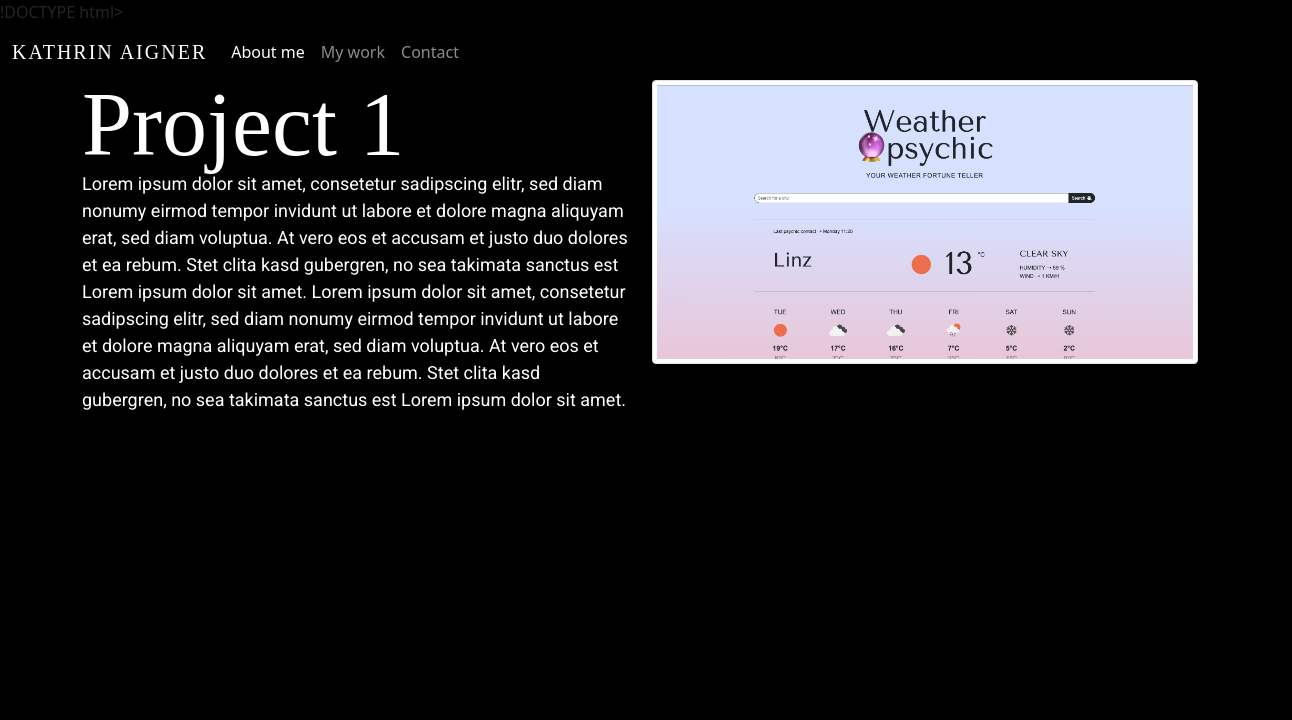
Repository: kathrin-aigner/Portfolio-2022
Page: work.html
These files come from the project's save history. The page is drawn as it stood at one moment and after the next save; the edit follows.
The browser window is 1280 px wide. The page is 1280 px wide, then 1292 px, so the pictures cover 1292 px, including what lies to the right of the window. The pictures show the whole page.
Some web fonts or font styles are not loaded; a fallback is used. Some web libraries are served in a nearby version.

Above is the page before, as saved 2022-03-28 11:37:30.

### work.html
!DOCTYPE html>
<html lang="en">
  <head>
    <meta charset="UTF-8" />
    <meta http-equiv="X-UA-Compatible" content="IE=edge" />
    <meta name="viewport" content="width=device-width, initial-scale=1.0" />
    <link
      href="https://cdn.jsdelivr.net/npm/bootstrap@5.1.3/dist/css/bootstrap.min.css"
      rel="stylesheet"
      integrity="sha384-1BmE4kWBq78iYhFldvKuhfTAU6auU8tT94WrHftjDbrCEXSU1oBoqyl2QvZ6jIW3"
      crossorigin="anonymous"
    />
    <script
      src="https://cdn.jsdelivr.net/npm/bootstrap@5.1.3/dist/js/bootstrap.bundle.min.js"
      integrity="sha384-ka7Sk0Gln4gmtz2MlQnikT1wXgYsOg+OMhuP+IlRH9sENBO0LRn5q+8nbTov4+1p"
      crossorigin="anonymous"
    ></script>
    <link rel="preconnect" href="https://fonts.googleapis.com" />
    <link rel="preconnect" href="https://fonts.gstatic.com" crossorigin />
    <link
      href="https://fonts.googleapis.com/css2?family=Dela+Gothic+One&family=Roboto:wght@400;500;700&display=swap"
      rel="stylesheet"
    />
    <script
      src="https://kit.fontawesome.com/9a62a34935.js"
      crossorigin="anonymous"
    ></script>

    <link rel="stylesheet" href="/css/styles.css" />
    <title>Welcome to my portfolio – Kathrin Aigner</title>
  </head>
  <body>
    <nav class="navbar navbar-expand-lg navbar-dark text-end">
      <div class="container-fluid">
        <a class="navbar-brand text-uppercase" href="#">Kathrin Aigner</a>
        <button
          class="navbar-toggler"
          type="button"
          data-bs-toggle="collapse"
          data-bs-target="#navbarSupportedContent"
          aria-controls="navbarSupportedContent"
          aria-expanded="false"
          aria-label="Toggle navigation"
        >
          <span class="navbar-toggler-icon"></span>
        </button>
        <div class="collapse navbar-collapse" id="navbarSupportedContent">
          <ul class="navbar-nav me-auto mb-2 mb-lg-0">
            <li class="nav-item">
              <a
                class="nav-link active"
                aria-current="page"
                href="/about.html"
                title="more information about me"
                >About me</a
              >
            </li>
            <li class="nav-item">
              <a class="nav-link" href="/work.html" title="View my work here"
                >My work</a
              >
            </li>
            <li class="nav-item">
              <a class="nav-link" href="/contact.html" title="how to contact me"
                >Contact</a
              >
            </li>
          </ul>
        </div>
      </div>
    </nav>
   <div class="container">
     <div class="row">
       <div class="col-6">
         <div class="header-page">
           Project 1
         </div>
         <div class="page-section">
           Lorem ipsum dolor sit amet, consetetur sadipscing elitr, sed diam nonumy eirmod tempor invidunt ut labore et dolore magna aliquyam erat, sed diam voluptua. At vero eos et accusam et justo duo dolores et ea rebum. Stet clita kasd gubergren, no sea takimata sanctus est Lorem ipsum dolor sit amet. Lorem ipsum dolor sit amet, consetetur sadipscing elitr, sed diam nonumy eirmod tempor invidunt ut labore et dolore magna aliquyam erat, sed diam voluptua. At vero eos et accusam et justo duo dolores et ea rebum. Stet clita kasd gubergren, no sea takimata sanctus est Lorem ipsum dolor sit amet.
         </div>
       </div>
        <div class="col-6">
         <div class="project-preview">
           <img src="/images/wheater psychic.png" class="img-fluid img-thumbnail" alt="preview of the homepage of the weather app">
         </div>
       </div>
     </div>
   </div>
    </div>
  </body>
</html>

### css/styles.css
:root {
  --primary-color: white;
  --secondary-color: black;
  --heading-font-family: "Dela Gothic One", cursive;
  --default-font-family: "Roboto", sans-serif;
}

body {
  background-color: var(--secondary-color);
}

.herosection {
  text-align: center;
  padding: 160px 0;
}
.header {
  line-height: 1em;
  font-family: var(--heading-font-family);
  font-size: 200px;
  color: var(--primary-color);
}
.subheader {
  font-size: 32px;
  color: var(--primary-color);
  font-family: var(--default-font-family);
}
.header-page {
  line-height: 1em;
  font-size: 90px;
  color: var(--primary-color);
  font-family: var(--heading-font-family);
}

.page-section {
  font-size: 18px;
  color: var(--primary-color);
  font-family: var(--default-font-family);
}

.introduction {
  font-size: 16px;
  color: var(--primary-color);
  font-family: var(--default-font-family);
}
.navbar-brand {
  font-family: var(--heading-font-family);

  letter-spacing: 0.1em;
}

.btn-primary {
  font-family: var(--default-font-family);
  border: 2px solid var(--primary-color);
  background: var(--secondary-color);
  padding: 12px 48px;
}

After the next save:
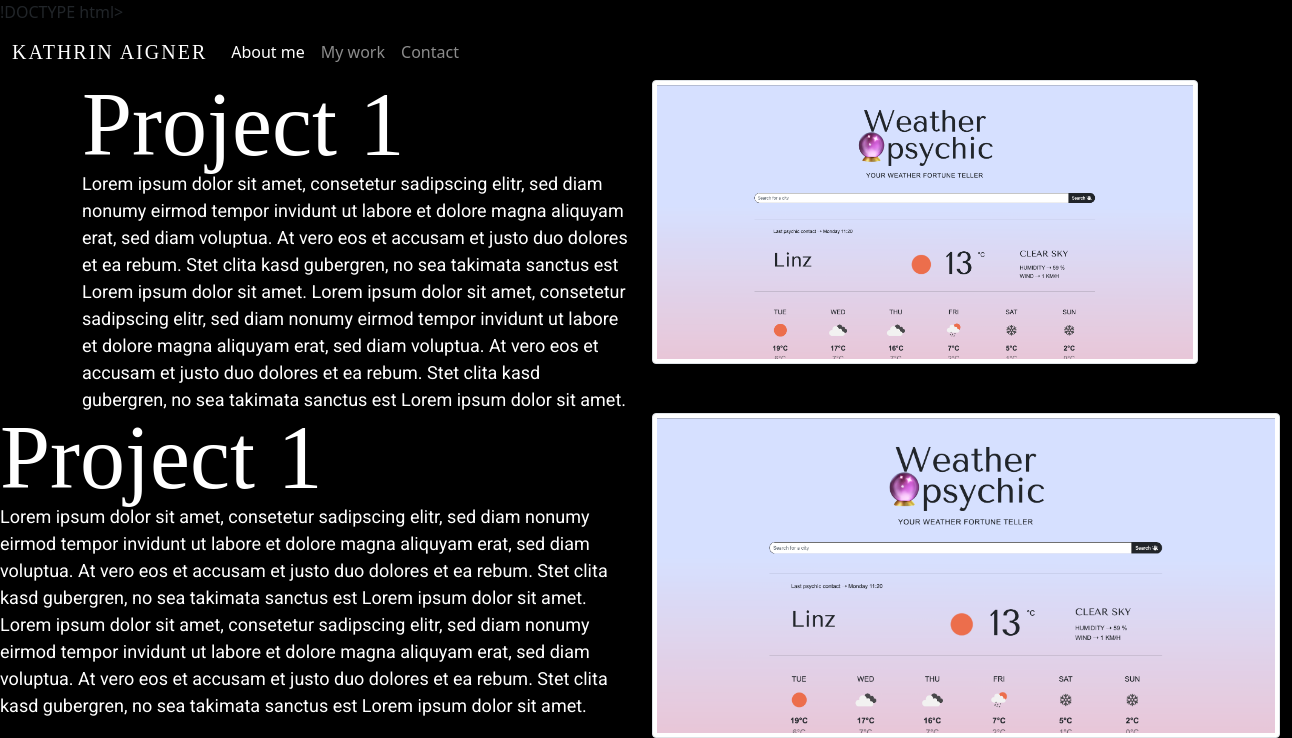
Saved 48 s later.
--- a/work.html
+++ b/work.html
@@ -86,6 +86,23 @@
        </div>
      </div>
    </div>
+
+   <div class="row">
+       <div class="col-6">
+         <div class="header-page">
+           Project 1
+         </div>
+         <div class="page-section">
+           Lorem ipsum dolor sit amet, consetetur sadipscing elitr, sed diam nonumy eirmod tempor invidunt ut labore et dolore magna aliquyam erat, sed diam voluptua. At vero eos et accusam et justo duo dolores et ea rebum. Stet clita kasd gubergren, no sea takimata sanctus est Lorem ipsum dolor sit amet. Lorem ipsum dolor sit amet, consetetur sadipscing elitr, sed diam nonumy eirmod tempor invidunt ut labore et dolore magna aliquyam erat, sed diam voluptua. At vero eos et accusam et justo duo dolores et ea rebum. Stet clita kasd gubergren, no sea takimata sanctus est Lorem ipsum dolor sit amet.
+         </div>
+       </div>
+        <div class="col-6">
+         <div class="project-preview">
+           <img src="/images/wheater psychic.png" class="img-fluid img-thumbnail" alt="preview of the homepage of the weather app">
+         </div>
+       </div>
+     </div>
+   </div>
     </div>
   </body>
 </html>
